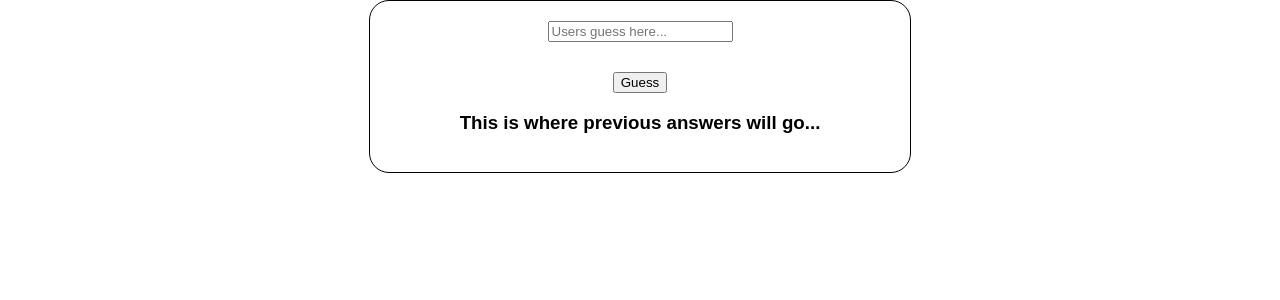
Repository: BAAMOSK/hotandcold
Page: /
These files come from the project's save history. The page is drawn as it stood at one moment and after the next save; the edit follows.
The browser window is 1280 px wide. The pictures show the whole page.
The project was rebuilt for these pictures with package versions that can differ from the ones it lists, and the page was loaded fresh each time.

Above is the page before, as saved 2017-05-16 03:39:07.

### src/index.js
import React from 'react';
import ReactDOM from 'react-dom';
import Game from './components/game';
import './index.css'

ReactDOM.render(<Game />, document.getElementById('root'));

### src/components/game.js
//This is the high level component
import React from 'react';
//guess is the user input
import Guess from './guess';
//response is the aggregate answers
import Response from './response';
import './game.css';

export default function Game() {
  return (
    <div className="game">
      <Guess />
      <Response />
    </div>
  );
}

### src/components/guess.js
import React from 'react';
import './guess.css';

const guess = 'Users guess here...'
export default function Guess(props) {
  return (
    <div>
      <input type="textarea" placeholder={guess}/>
      <br />
      <button>Guess</button>
    </div>
  );
};

### src/components/response.js
import React from 'react';

const answer = 'This is where previous answers will go...'

export default function Response() {
  return (
    <h3>
      {answer}
    </h3>
  );
};

### src/components/game.css
.game {
  padding: 20px;
  text-align: center;
  margin: auto;
  border: 1px solid black;
  border-radius: 20px;
  width: 500px;
}

### src/components/guess.css
button {
  margin-top: 30px;
}

Loaded but not shown: public/index.html (common file); src/index.css (common file)

After the next save:
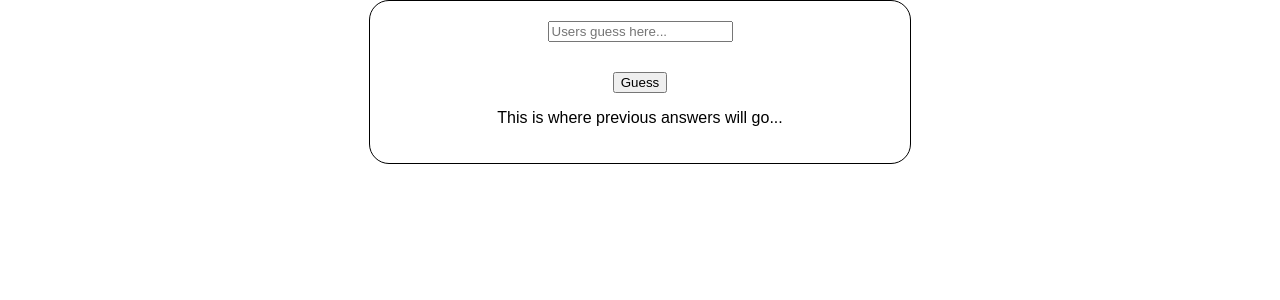
Saved 82 s later.
--- a/src/components/response.js
+++ b/src/components/response.js
@@ -4,8 +4,8 @@ const answer = 'This is where previous answers will go...'
 
 export default function Response() {
   return (
-    <h3>
+    <p>
       {answer}
-    </h3>
+    </p>
   );
 };
